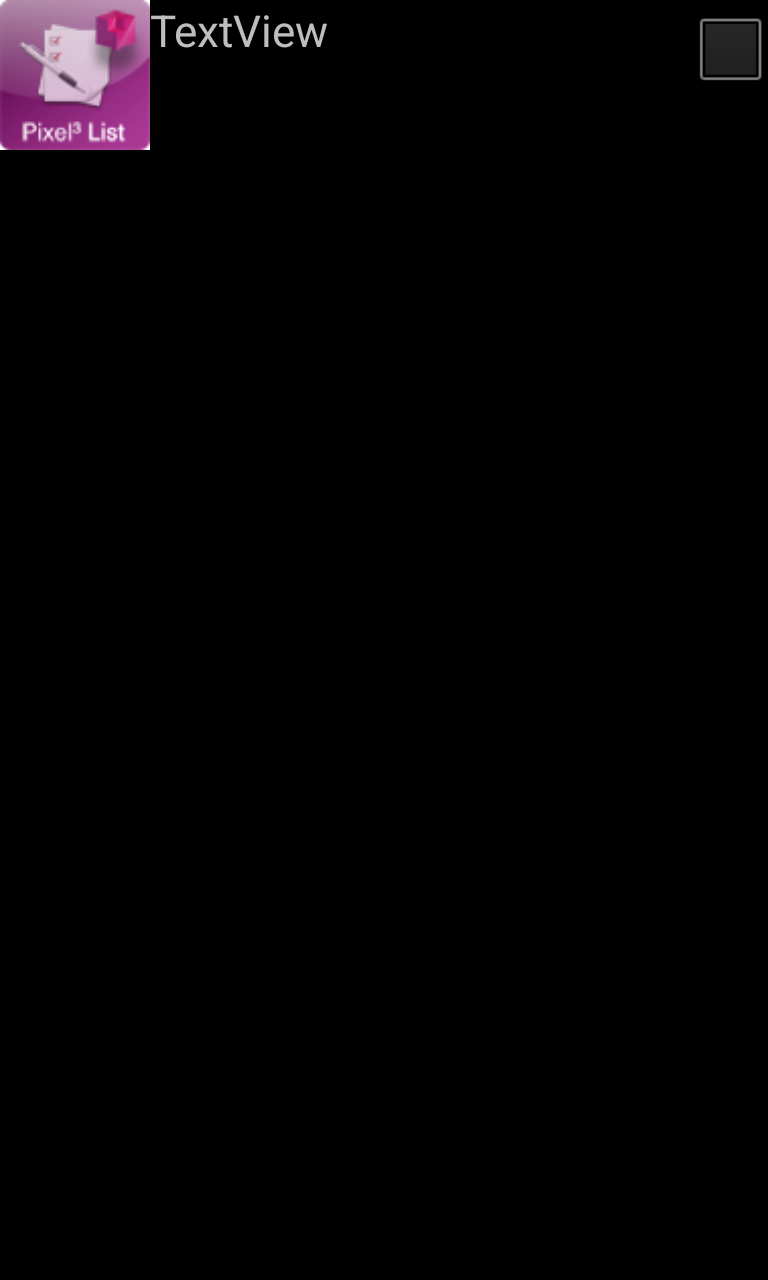
Repository: pixel3mobi/listaDigital
Layout: Pixel3List/res/layout/item.xml
These files come from the project's save history. The layout is drawn as it stood at one moment and after the next save; the edit follows.
It is drawn on a 768 x 1280 px phone screen (xhdpi) without system bars, with theme android:Theme; the app's code is not run.

Above is the layout before, as saved 2011-03-21 23:45:16.

### Pixel3List/res/layout/item.xml
<?xml version="1.0" encoding="utf-8"?>
<RelativeLayout
	xmlns:android="http://schemas.android.com/apk/res/android"
	android:id="@+id/widget51"
	android:layout_width="fill_parent"
	android:layout_height="fill_parent">
	<ImageView
		android:id="@+id/fotoALuno"
		android:src="@drawable/icon"
		android:layout_width="75dip"
		android:layout_height="75dip"
		android:layout_alignParentTop="true"
		android:layout_alignParentLeft="true">
	</ImageView>
	<TextView
		android:layout_height="wrap_content"
		android:textSize="22dp"
		android:text="TextView"
		android:id="@+id/nomeAluno"
		android:layout_width="wrap_content"
		android:layout_toRightOf="@+id/fotoALuno"
		android:layout_alignTop="@+id/fotoALuno">
	</TextView>
	<CheckBox
		android:id="@+id/checkAluno"
		android:layout_width="wrap_content"
		android:layout_height="wrap_content"
		android:layout_alignParentTop="true"
		android:layout_alignParentRight="true">
	</CheckBox>
</RelativeLayout>

After the next save:
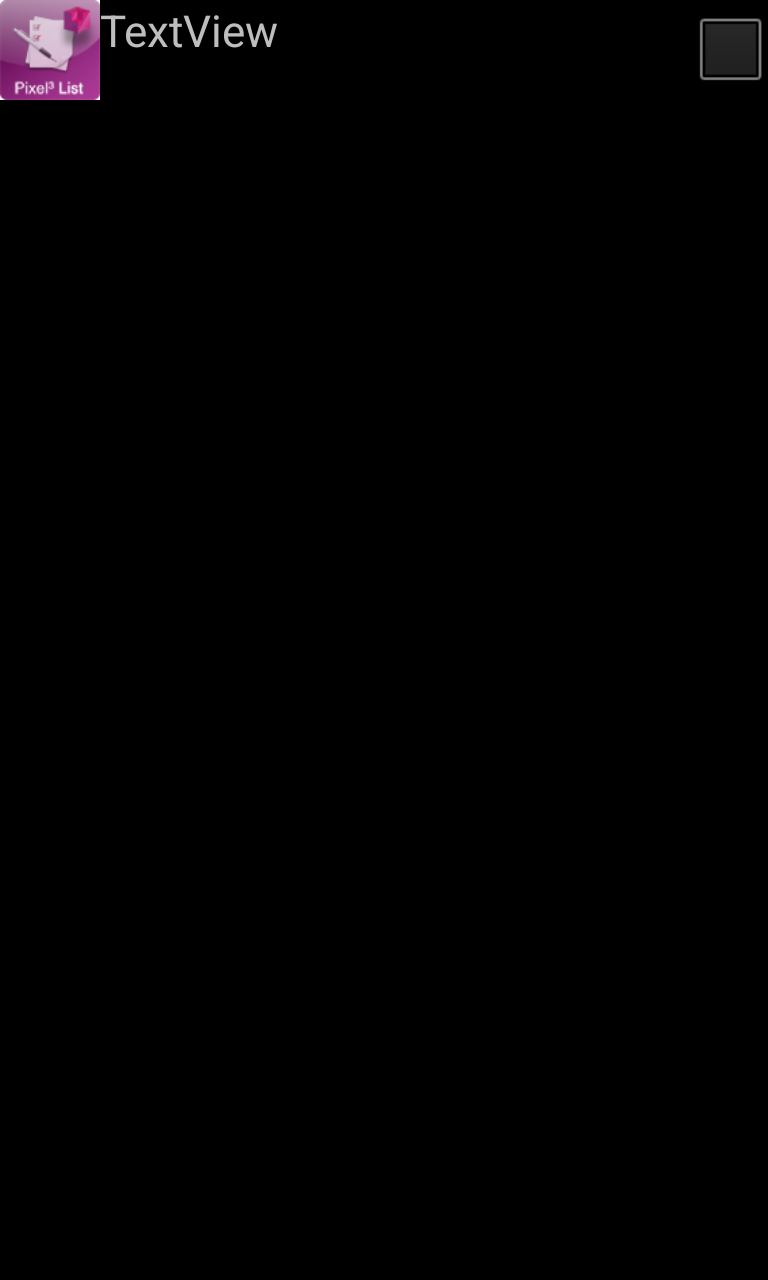
Saved 32 s later.
--- a/Pixel3List/res/layout/item.xml
+++ b/Pixel3List/res/layout/item.xml
@@ -7,8 +7,8 @@
 	<ImageView
 		android:id="@+id/fotoALuno"
 		android:src="@drawable/icon"
-		android:layout_width="75dip"
-		android:layout_height="75dip"
+		android:layout_width="50dip"
+		android:layout_height="50dip"
 		android:layout_alignParentTop="true"
 		android:layout_alignParentLeft="true">
 	</ImageView>
